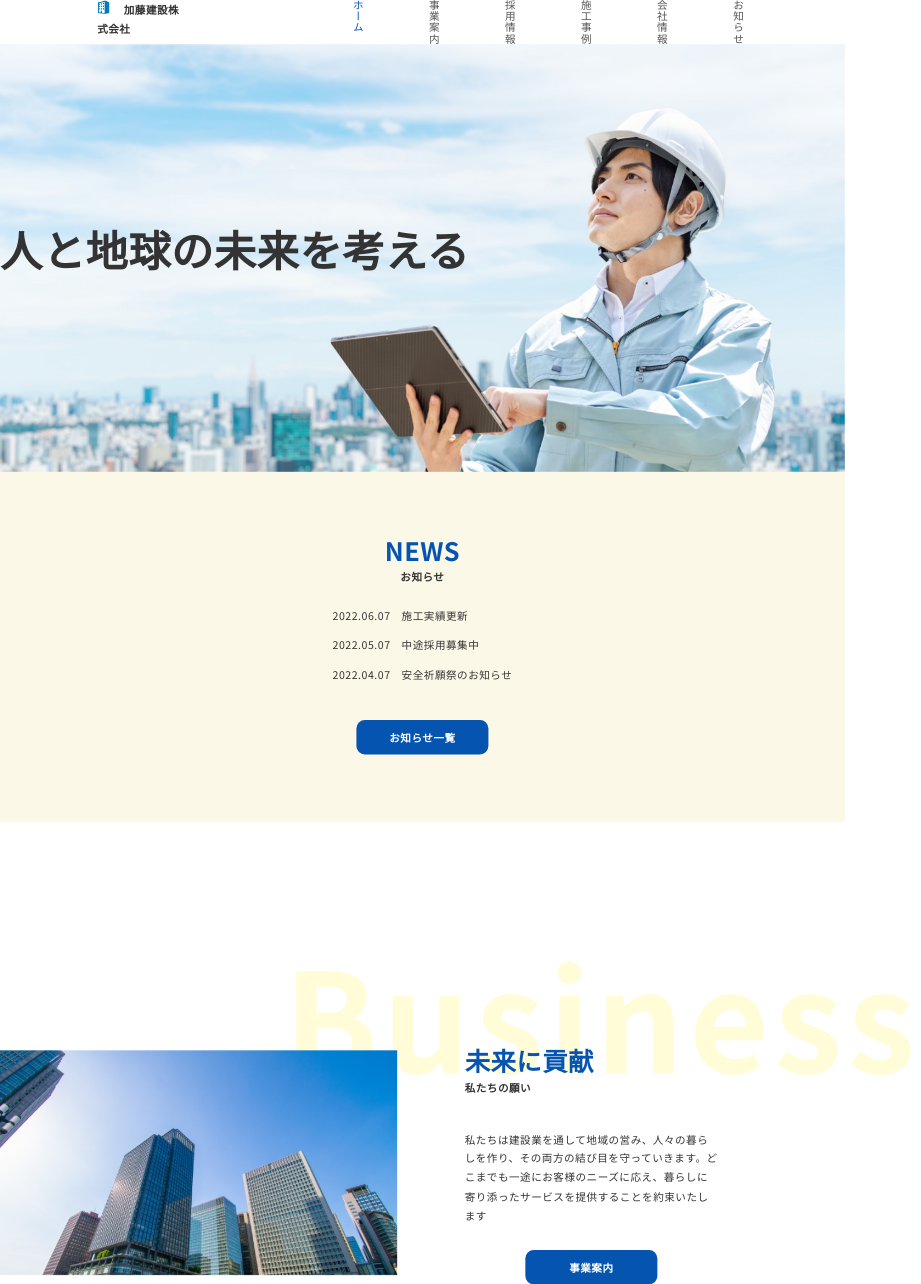
Repository: nozomi-23/hp1_test
Page: index.html
An editor plug-in stored every save of this project. The page is shown before and after the next save, followed by the edit.
The browser window is 1280 px wide. The page is 1395 px wide, so the pictures cover 1395 px, including what lies to the right of the window. The pictures show the whole page, at 66% of full size.

Above is the page before, as saved 2022-06-12 15:00:04.

### index.html
<!DOCTYPE html>
<html lang="ja">
<head>
<meta charset="UTF-8">
<title>加藤建設 株式会社</title>
<meta name="description" content="人と地球の未来を考える 加藤建設 株式会社">
<meta name="keywords" content="建築,土木,インフラ">
<meta name="viewport" content="width=device-width, initial-scale=1.0">
<meta property="og:title" content="建築依頼なら「加藤建設 株式会社」">
<meta property="og:type" content="article">
<meta property="og:url" content="https://withcode-plus.tech">
<meta property="og:image" content="img/logo.png">
<meta property="og:description" content="確かな技術力が自慢、インフラから地域貢献まで加藤建設にお任せ下さい">
<meta property="og:site_name" content="加藤建設 株式会社">
<link rel="icon" href="img/favicon.ico">
<link rel="apple-touch-icon" sizes="180x180" href="img/logo.png">
<link rel="preconnect" href="https://fonts.googleapis.com">
<link rel="preconnect" href="https://fonts.gstatic.com" crossorigin>
<link href="https://fonts.googleapis.com/css2?family=Noto+Sans+JP:wght@400;500;700&family=Noto+Serif+JP&display=swap"
  rel="stylesheet">
<link rel="stylesheet" type="text/css" href="css/reset.css">
<link rel="stylesheet" type="text/css" href="css/common1.css">
<link rel="stylesheet" type="text/css" href="css/index.css">
</head>
<body>
  <!-- =========header -->
  <header>
    <div class="header_wrapper">
      <div class="header_inner">
        <h1 class="header_left">加藤建設株式会社</h1>
        <nav class="header_right" >
          <ul class="header_list">
            <li><a href="#" class="color">ホーム</a></li>
            <li><a href="html/business.html">事業案内</a></li>
            <li><a href="html/recruit.html">採用情報</a></li>
            <li><a href="html/work.html">施工事例</a></li>
            <li><a href="html/company.html">会社情報</a></li>
            <li><a href="html/news.html">お知らせ</a></li>
          </ul>
        </nav>
      </div>
    </div>
  </header>
  <!-- =========main_view -->
  <main>
    <section class="main_wrapper">
      <div class="main_txt">
        <h3>人と地球の未来を考える</h3>
      </div>
    </section>
    <!-- =========news -->
    <section class="news section section_color">
      <div class="news_wrapper">
        <h2 class="title">NEWS<br>
          <small>お知らせ</small></h2>
        <ul class="news_list">
          <li>2022.06.07&emsp;施工実績更新</li>
          <li>2022.05.07&emsp;中途採用募集中</li>
          <li>2022.04.07&emsp;安全祈願祭のお知らせ</li>
        </ul>
        <div class="btn">
          <a href="html/news.html">お知らせ一覧</a>
        </div>
      </div>
    </section>
    <!-- =========business -->
    <section class="business section">
      <div class="business_wrapper">
        <div class="business_all">
          <div class="business_bg_wrapper">
            <div class="business_bg">
              <div class="business_bg_item">
                <p>Business</p>
              </div>
            </div>
          </div>
          <div class="business_block_wrapper">
            <div class="business_block_1">
              <img src="img/bussines_top.png" alt="事業案内画像">
            </div>
            <div class="business_block_2">
              <h2 class="title">未来に貢献<br>
                <small>私たちの願い</small>
              </h2>
              <p>私たちは建設業を通して地域の営み、人々の暮らしを作り、その両方の結び目を守っていきます。どこまでも一途にお客様のニーズに応え、暮らしに寄り添ったサービスを提供することを約束いたします</p>
              <div class="btn">
                <a href="html/business.html">事業案内</a>
              </div>
            </div>
          </div>
        </div>

      </div>
    </section>
  </main>
</body>
</html>

### css/reset.css
@charset "UTF-8";

html,
body,
div,
span,
object,
iframe,
h1,
h2,
h3,
h4,
h5,
h6,
p,
blockquote,
pre,
abbr,
address,
cite,
code,
del,
dfn,
em,
img,
ins,
kbd,
q,
samp,
small,
strong,
sub,
sup,
var,
b,
i,
dl,
dt,
dd,
ol,
ul,
li,
fieldset,
form,
label,
legend,
table,
caption,
tbody,
tfoot,
thead,
tr,
th,
td,
article,
aside,
canvas,
details,
figcaption,
figure,
footer,
header,
hgroup,
menu,
nav,
section,
summary,
time,
mark,
audio,
video {
  margin: 0;
  padding: 0;
  border: 0;
  outline: 0;
  font-size: 100%;
  vertical-align: baseline;
  background: transparent;
}

body {
  line-height: 1;
}

article,
aside,
details,
figcaption,
figure,
footer,
header,
hgroup,
menu,
nav,
section {
  display: block;
}

nav ul {
  list-style: none;
}

blockquote,
q {
  quotes: none;
}

blockquote:before,
blockquote:after,
q:before,
q:after {
  content: '';
  content: none;
}

a {
  margin: 0;
  padding: 0;
  font-size: 100%;
  vertical-align: baseline;
  background: transparent;
}

/* change colours to suit your needs */
ins {
  background-color: #ff9;
  color: #000;
  text-decoration: none;
}

/* change colours to suit your needs */
mark {
  background-color: #ff9;
  color: #000;
  font-style: italic;
  font-weight: bold;
}

del {
  text-decoration: line-through;
}

abbr[title],
dfn[title] {
  border-bottom: 1px dotted;
  cursor: help;
}

table {
  border-collapse: collapse;
  border-spacing: 0;
}

/* change border colour to suit your needs */
hr {
  display: block;
  height: 1px;
  border: 0;
  border-top: 1px solid #cccccc;
  margin: 1em 0;
  padding: 0;
}

input,
select {
  vertical-align: middle;
}

### css/common1.css
@charset "UTF-8";

body {
  color: #333;
  letter-spacing: 0.05em;
  line-height: 1.8;
  font-family: 'Noto Sans JP', sans-serif ,'Noto Serif JP', serif;
  word-break: break-all;
}
li {
  list-style: none;
}

a {
  text-decoration: none;
}
.section {
  padding: 8% 0;
  position: relative;
}


/* タイトル */
.title {
  color: #0554B0;
  font-weight: bold;
  font-size: 2.4rem;
  line-height: 0.8;
}
.title small {
  font-size: 1rem;
  color: #333;
}
/* ボタン */
.btn {
  background-color: #0554B0;
  width: 200px;
  margin: 0 auto;
  line-height: 2;
  border-radius: 0.8rem;
}
.btn a {
  display: block;
  color: #fff;
  font-weight: bold;
  padding: 5%;
  text-align: center;
}
.btn:hover {
  opacity: 0.5;
}

### css/index.css
@charset "UTF-8";

/* =================
header
===================*/
.header_wrapper {
  display: flex;
  justify-content: center;
}
.header_inner {
  width: 77%;
  display: flex;
  justify-content: space-between;

}
.header_list {
  display: table;
}
.header_list li {
  display: table-cell;
  writing-mode: vertical-rl;
}
.header_list li a {
  color: #555;
}
.header_list li a:hover {
  opacity: 0.5;
}
.header_list li a.color {
  color: #0554B0;
}

.header_left::before {
  content: "";
  background: url(../img/name_icon.png) no-repeat ;
  background-size: contain;
  width: 30%;
  height: 30%;
  z-index: 1;
  display: inline-block;
}

/* =================
main_view
===================*/
.main_wrapper {
  background: url(../img/top_img.png)no-repeat center;
  background-size: cover;
  width: 100%;
  height: 90vh;
}
.main_txt {
  font-size: 4rem;
  font-weight: normal;
  font-family: 'Noto Serif JP';
  position: relative;
  top: 40%;
}
/* =================
news
===================*/
.section_color {
  background-color: #FCF8E8;
}
.news {
  text-align: center;
  display: block;
}

.news_list {
  padding: 3%;
  text-align: left;
  display: inline-block;

}
.news_list li {
  margin-bottom: 1rem;
}
/* =================
business
===================*/
.business_all {
  position: relative;
}
.business_block_wrapper {
  width: 100%;
  height: auto;
  display: flex;
  justify-content: space-between;
  position: absolute;
  top: 65%;
}


.business_block_1 {
  width: 47%;
}
.business_block_1 img{
  width: 100%;
  height: auto;
}
.business_block_2 {
  width: 30%;
  margin-right: 15%;
}
.business_block_2 p {
  padding: 15% 0 10% 0;
}
.business_bg {
  width: 80%;
}
.business_bg_wrapper {
  width: 83%;
  margin-left: auto;
}
.business_bg_item {
  width: 100%;
  /* background-color: aqua; */
}
.business_bg {
  margin-left: auto;
}
.business_bg_item p {
  color: rgba(255, 245, 109, 0.27);
  font-size: 13rem;
  font-weight: 700;
  white-space: nowrap;
  letter-spacing: 0.5rem;
  }

After the next save:
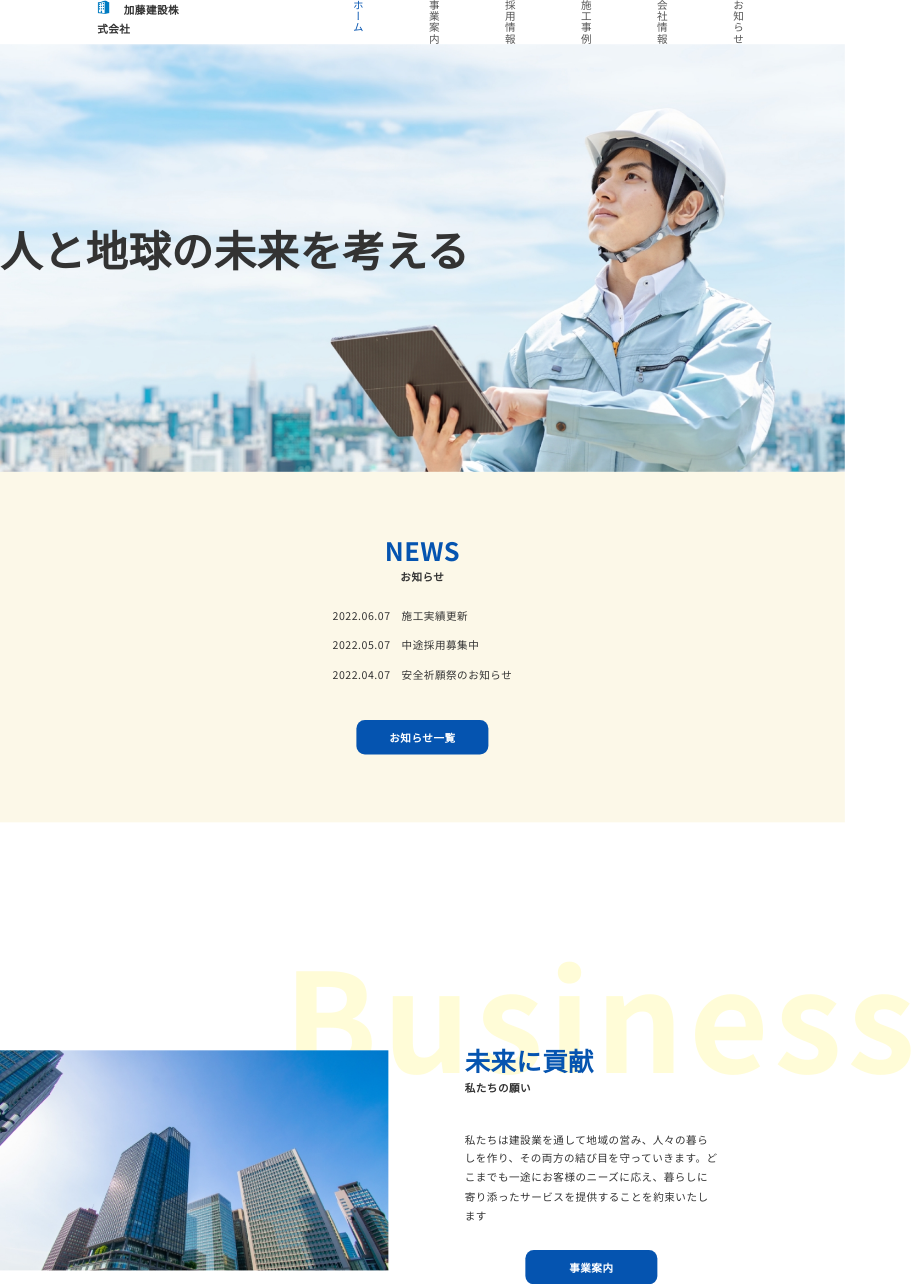
Saved 7 s later.
--- a/css/index.css
+++ b/css/index.css
@@ -93,7 +93,7 @@ business
 
 
 .business_block_1 {
-  width: 47%;
+  width: 46%;
 }
 .business_block_1 img{
   width: 100%;
